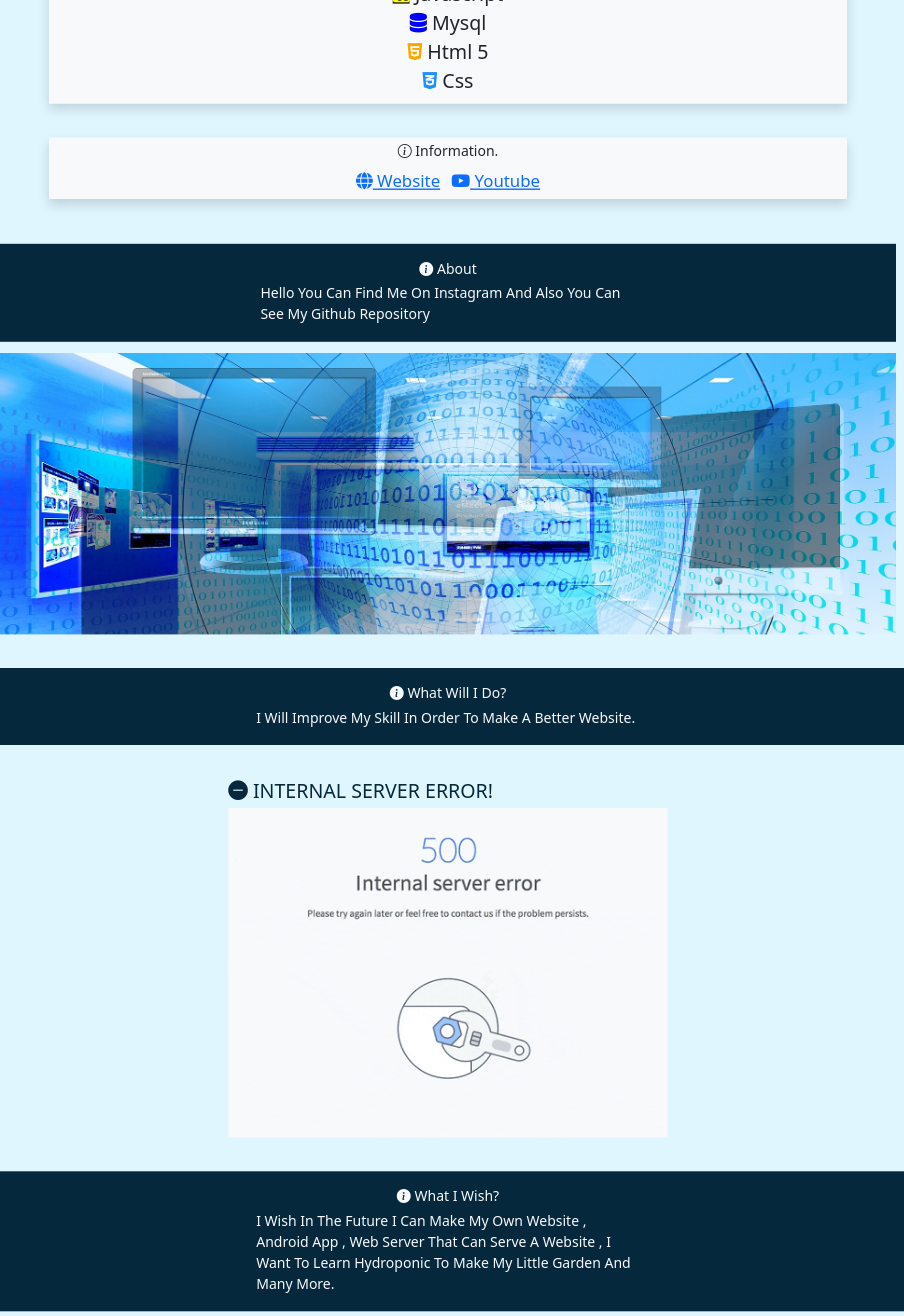
Repository: initer3737/initer3737.github.io
Page: index.html
The author's editor kept a copy of each file at every save. The page is drawn from the files as they stood at one save, then again after a run of saves.
The browser window is 1280 px wide. The page is 1292 px wide, so the pictures cover 1292 px, including what lies to the right of the window. The pictures show the part of the page from y = 1065 to 2945 px (the page is 4317 px tall before and 4353 px after), at 70% of full size.
Some web libraries are served in a nearby version.

Above is the page before, as saved 2022-06-12 23:30:43.
Console error: TypeError: Cannot set properties of null (setting 'innerHTML')

After the next 4 saves:
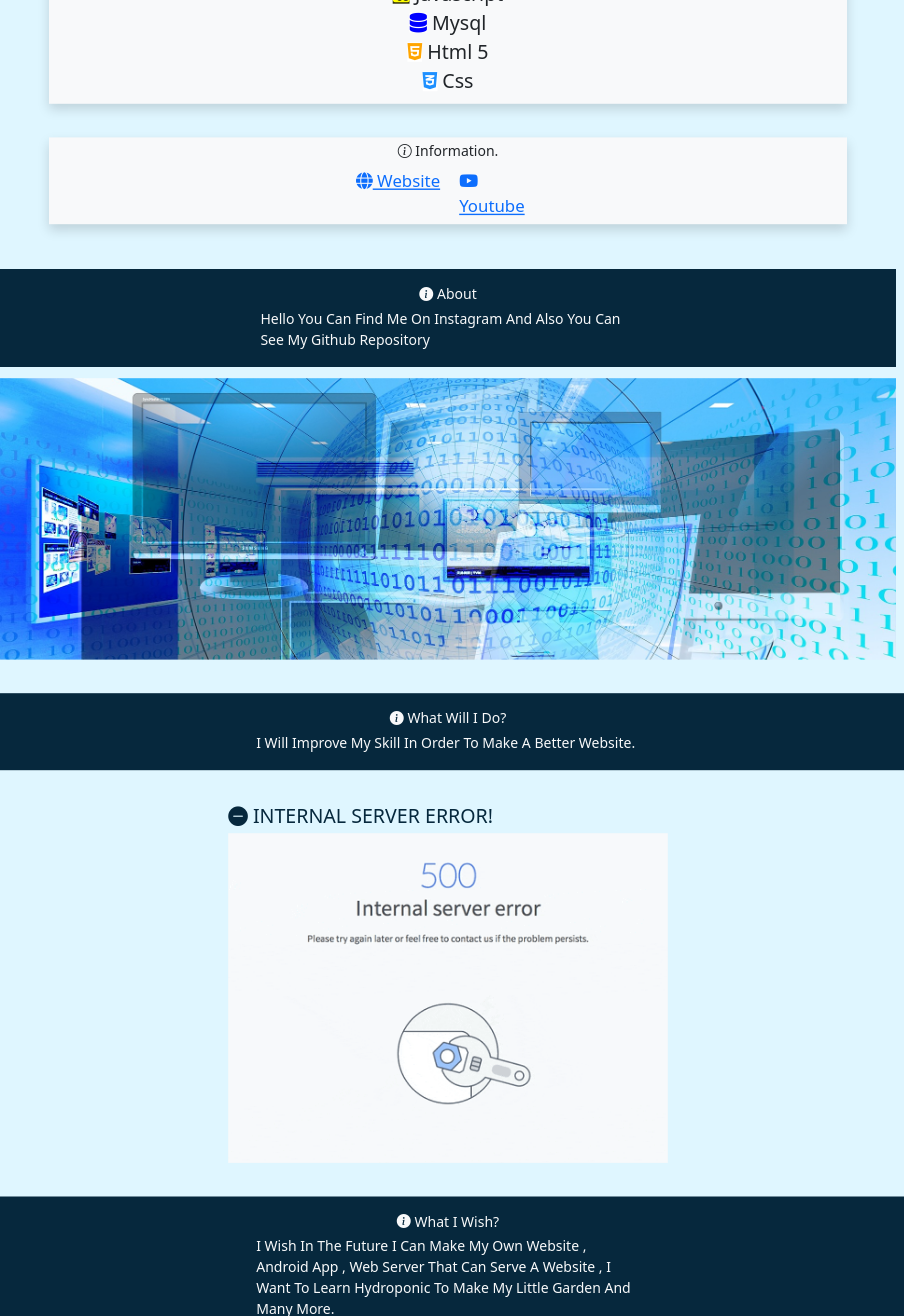
The 4 saves are shown as one change because they came seconds apart.
The last was saved 11 s later.
--- a/index.html
+++ b/index.html
@@ -75,7 +75,7 @@
     <div class="container bg-light shadow mt-5 d-flex flex-column gap-1 justify-content-center align-content-center align-items-center p-2">
         <h5><i class="bi bi-info-circle"></i> information.</h5>
         <div class="fs-4 d-flex gap-3">
-            <a href="https://initer3737.github.io/course/html/pages/course.html" target="_blank" class="col-"><i class="fa-solid fa-globe"></i> website</a>
+            <a href="https://initer3737.github.io/course/html/pages/course.html" target="_blank" class="col-12 col-md-6"><i class="fa-solid fa-globe"></i> website</a>
             <a href="https://www.youtube.com/channel/UClsfa0LkA3_YMsFjW1M__sw" target="_blank"><i class="fa-brands fa-youtube"></i> youtube</a>
         </div>
     </div>
